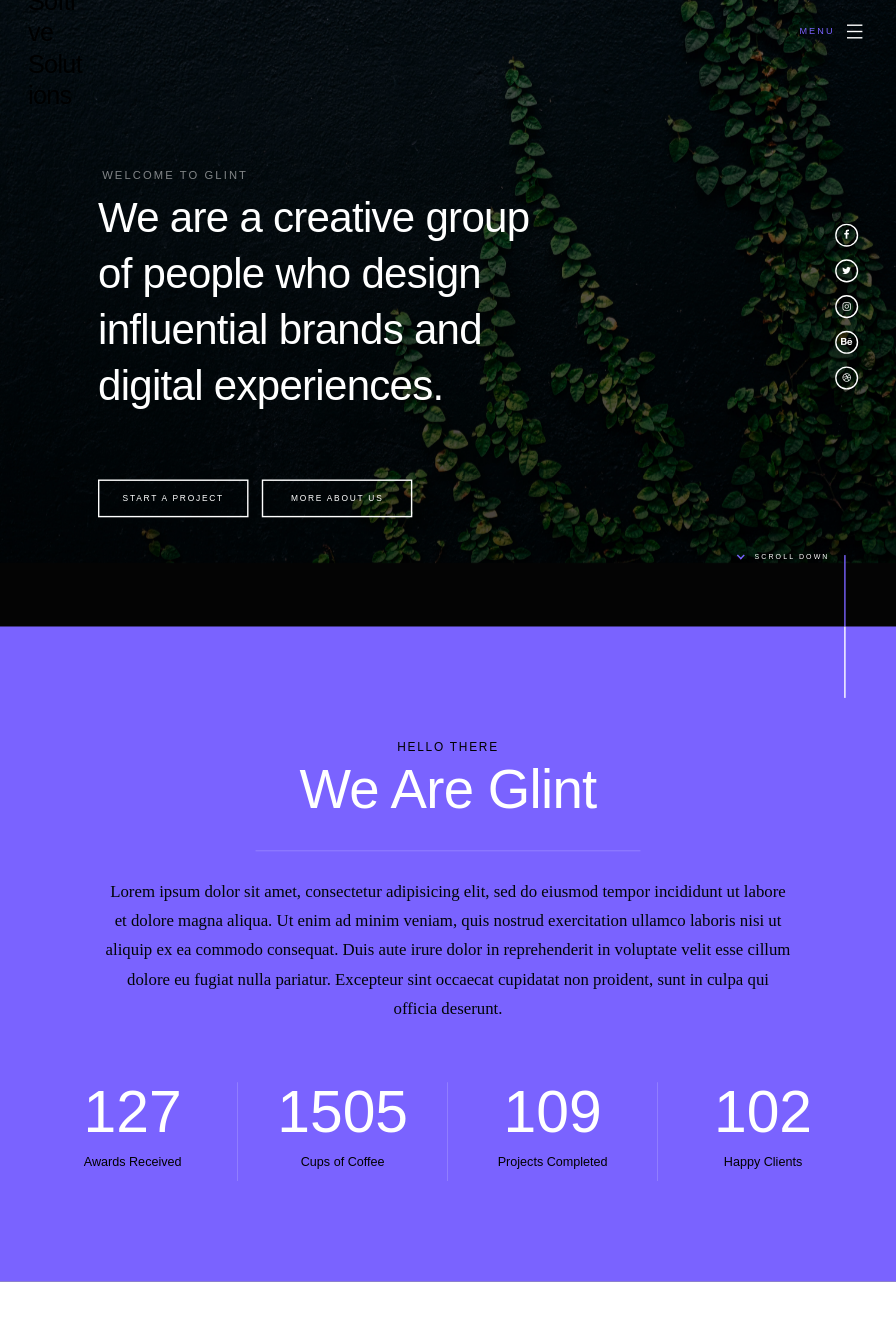
Repository: ahsankalim09/light-Agency
Page: index-2.html
These files come from the project's save history. The page is drawn as it stood at one moment and after the next save; the edit follows.
The browser window is 1280 px wide. The pictures show the part of the page from y = 0 to 1920 px (the page is 8556 px tall), at 70% of full size.
Some web fonts or font styles are not loaded; a fallback is used.

Above is the page before, as saved 2020-12-27 21:21:38.

After the next save:
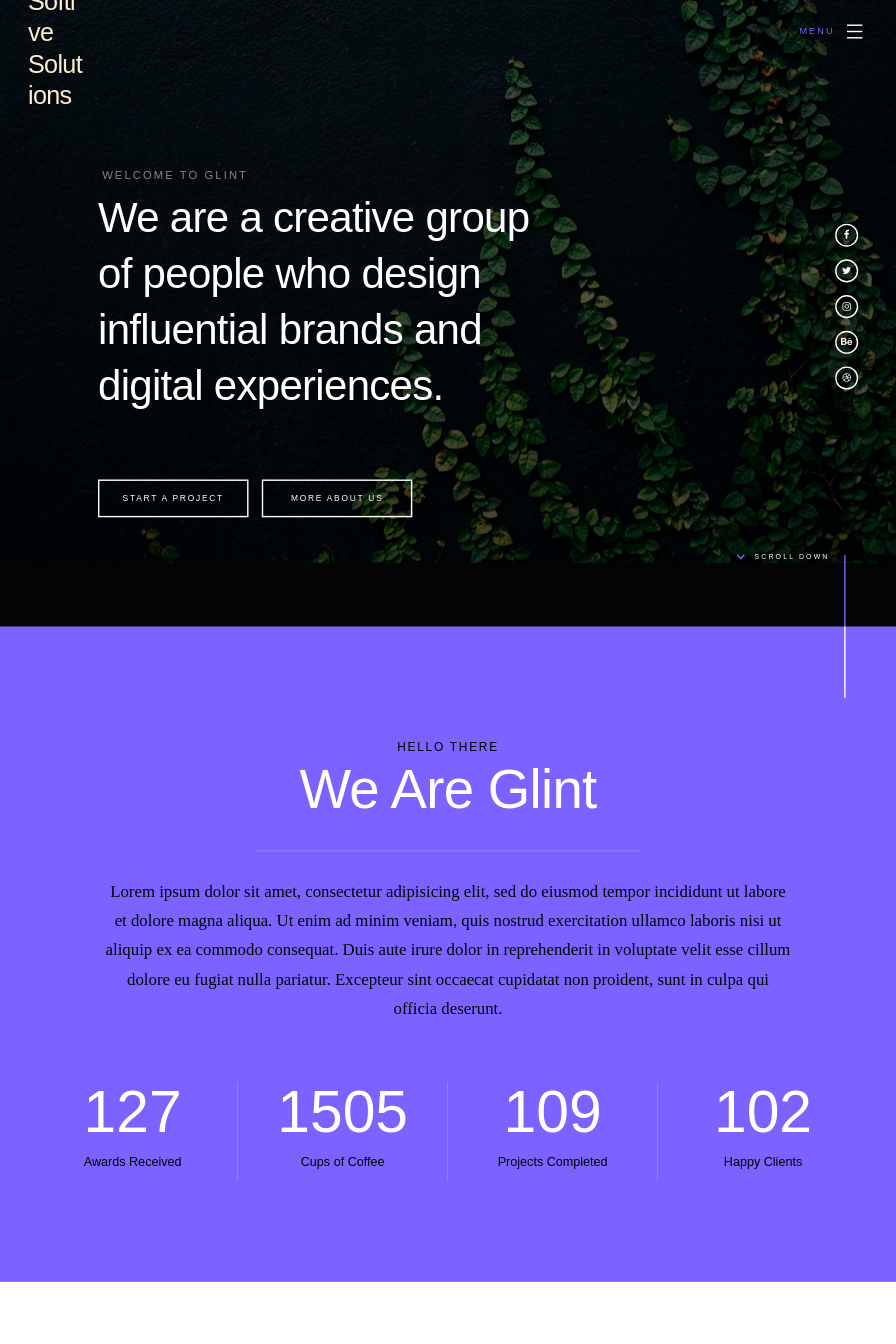
Saved 25 s later.
--- a/index-2.html
+++ b/index-2.html
@@ -31,7 +31,7 @@
 <div class="header-logo">
 <a class="site-logo" href="index-2.html">
 <!-- <img src="images/logo.png" alt="Homepage"> -->
-<h1>Softive Solutions</h1>
+<h1 style="color: blanchedalmond;">Softive Solutions</h1>
 </a>
 </div>
 <nav class="header-nav">
